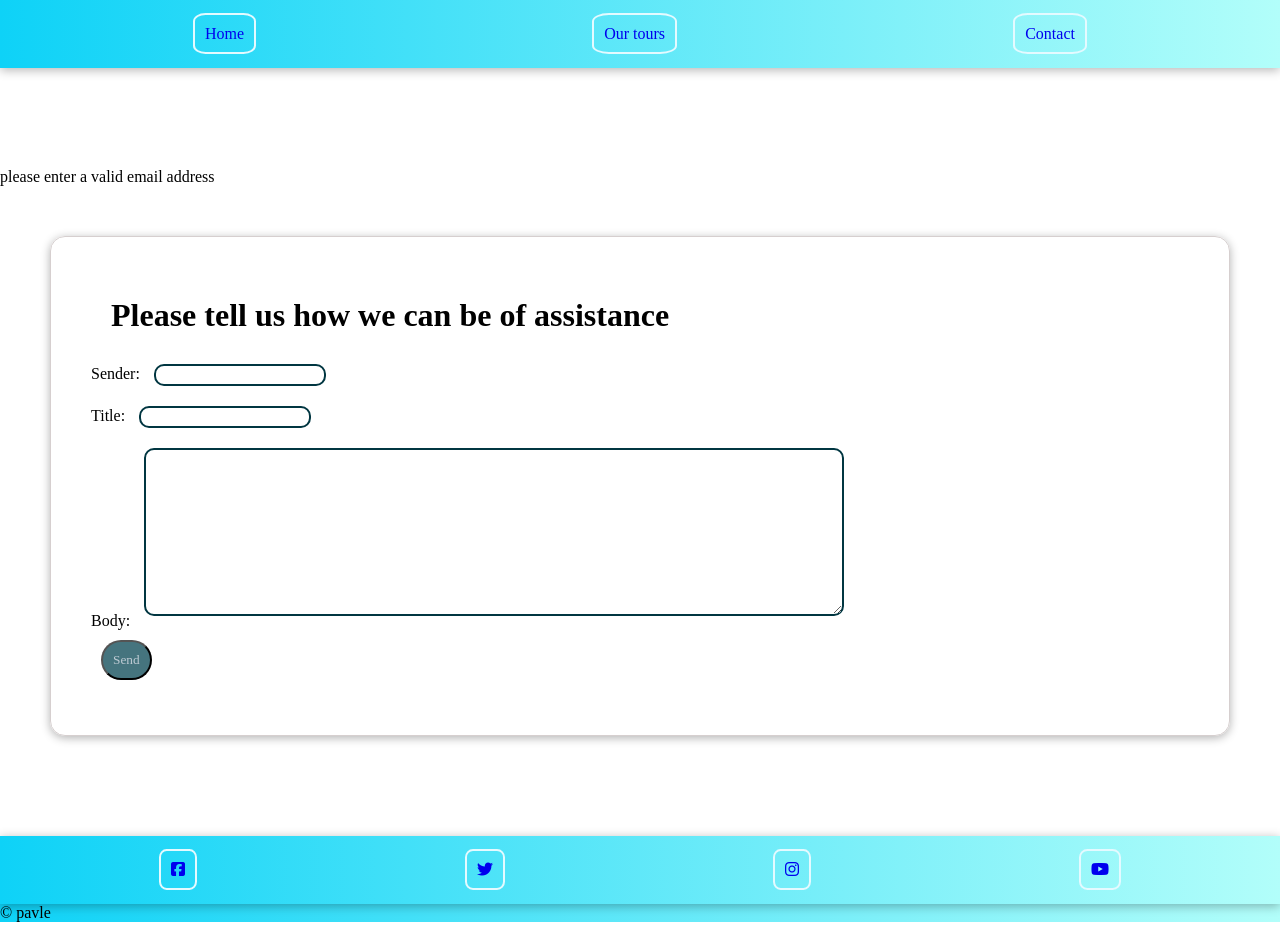
Repository: djpavle/tour_agency
Page: http://localhost/thanks/
An editor plug-in stored every save of this project. The page is shown before and after the next save, followed by the edit.
The browser window is 1280 px wide. The pictures show the whole page.
Some web fonts or font styles are not loaded; a fallback is used. Some web libraries are served in a nearby version. The page is served by the project's application, run on Django 3.2 (manage.py). Other server files are loaded and not shown.

Above is the page before, as saved 2020-07-16 20:47:20.

### aplikacija/templates/aplikacija/contactmessage_form.html
{% extends 'aplikacija/base.html' %}

{% block content %}

{{infoMsg}}


<form method="POST" action="{% url 'thanks' %}" class="tourDetailTab clientForm">
    <h1>Please tell us how we can be of assistance</h1>
{% csrf_token %}
    {{ form.as_p }}

    <button type="submit" class="btn">Send</button>
</form>
{% endblock %}

### aplikacija/templates/aplikacija/base.html
<!DOCTYPE html>
{% load static %}
<html lang="en">
<head>
    <meta charset="UTF-8">
    <meta name="viewport" content="width=device-width, initial-scale=1.0">
    <title>Tour Agency</title>
    <link href="https://fonts.googleapis.com/css2?family=Fredoka+One&display=swap" rel="stylesheet">
    <link rel="stylesheet" href="{% static 'css/style.css' %}">
    <script src="https://kit.fontawesome.com/6f44727d31.js" crossorigin="anonymous"></script>

</head>
<body>
    <nav id="nav" class="skyBlue">
        <ul class='navList'>
            <li><a href="{% url 'home' %}">Home</a></li>
            <li><a href="{% url 'tour_list' %}">Our tours</a></li>
            <li><a href="{% url 'contact' %}">Contact</a></li>
        </ul>
    </nav>
    <main>
    {% block content %}


    {% endblock %}

</main>
    <footer id="footer" class="skyBlue">
        <ul class="navList">
            <li><a href="#"><i class="fab fa-facebook-square"></i></a></li>
            <li><a href="#"><i class="fab fa-twitter"></i></a></li>
            <li><a href="#"><i class="fab fa-instagram"></i></a></li>
            <li><a href="#"><i class="fab fa-youtube"></i></a></li>
        </ul>
        <p>&copy; pavle</p>
    </footer>
</body>
</html>

### aplikacija/forms.py
from aplikacija.models import Client,ContactMessage
from django import forms

class ClientForm(forms.ModelForm):

    class Meta:

        model = Client
        fields = ('name','surname','email','number_of_guests','tour')
        widgets = { 'name' : forms.TextInput(attrs={"class":"clientFormField"}),
                    'surname' : forms.TextInput(attrs={"class":"clientFormField"}),
                    'email' : forms.TextInput(attrs={"class":"clientFormField"}),
                    'number_of_guests' : forms.NumberInput(attrs={"class":"clientFormField"}),


        }

class ContactForm(forms.ModelForm):


    class Meta:

        model = ContactMessage
        fields= ('sender','title','body')

        widgets = {
            'sender': forms.TextInput(attrs={'class': 'clientFormField'}),
            'title': forms.TextInput(attrs={'class': 'clientFormField'}),
             'body': forms.Textarea(attrs={'class': 'clientTextField'}),
        }

### aplikacija/models.py
from django.db import models
from django.urls import reverse
import random

class  Tour(models.Model):

    destination = models.CharField(max_length=256)
    country = models.CharField(max_length=256)
    date_of_arrival = models.DateField()
    total_days = models.IntegerField()
    price = models.DecimalField(decimal_places=2,max_digits=15)
    available_beds = models.IntegerField()
    photo = models.ImageField(upload_to='photos',default='photos/def.png')
    description = models.TextField(blank=True)
    confirmed_reservations = models.IntegerField(default=0)

    def set_new_number_of_beds(self,number_of_guests):

        self.available_beds -= number_of_guests
        return self.available_beds

    def update_confirmed_reservations(self,number_of_guests):

        self.confirmed_reservations+= number_of_guests

    def check_if_requested_beds_are_avaliable(self,numb_of_guests):

        if self.available_beds < numb_of_guests:
            return False
        else:
            return True


    def __str__(self):

        return f'{self.destination} , {self.country} , {self.total_days} days for $ {self.price}'

class Client(models.Model):

    name = models.CharField(max_length=256)
    surname = models.CharField(max_length=256)
    email = models.CharField(max_length=256)
    number_of_guests =models.IntegerField()
    tour = models.ForeignKey(Tour,on_delete=models.CASCADE)
    total_price = models.DecimalField(decimal_places=2,max_digits=15,default=0)
    reservation_code = models.CharField(max_length=50)


    def get_total_price(self):

        return self.number_of_guests * self.tour.price

    def generate_reservation_code(self):

        chars =['1','2','3','4','5','6','7','8','9','0','A','a','B','b','C','c','D','d','E','e','F','f','G','g','H','h','I','i','J','j','K','k','L','l','M','m']
        self.reservation_code ="".join(random.sample(chars,10))

    def get_absolute_url(self):

        return reverse('tour_list')

    def __str__(self):

        return f'{self.name} {self.surname}, {self.tour}'


class ContactMessage(models.Model):

    sender=models.EmailField()
    title=models.CharField(max_length=256)
    body =models.TextField()

### aplikacija/views.py
from django.shortcuts import render
from aplikacija.models import Tour,Client,ContactMessage
from django.views.generic import ListView,DetailView,TemplateView,CreateView
from aplikacija.forms import ClientForm,ContactForm


def HomeView(request):

    top_three_destinations = Tour.objects.filter(confirmed_reservations__gte=2).order_by('-confirmed_reservations')[:3]
    if request.method=="GET":
        return render(request,'aplikacija/home.html',{'top_three':top_three_destinations})
    else:
        form= ClientForm(request.POST)
        if form.is_valid():
            name = form.cleaned_data['name']
            surname=form.cleaned_data['surname']
            email=form.cleaned_data['email']
            tour_id=form.cleaned_data['tour'].pk
            number_of_guests=form.cleaned_data['number_of_guests']
            total_price=number_of_guests*form.cleaned_data['tour'].price
            tour_name=form.cleaned_data['tour'].destination
            tour=Tour.objects.get(destination=tour_name)
            beds_available = tour.check_if_requested_beds_are_avaliable(number_of_guests)
            if beds_available:
                tour.set_new_number_of_beds(number_of_guests)
                tour.update_confirmed_reservations(number_of_guests)
                tour.save()
                client = Client.objects.create(name=name,surname=surname,email=email,number_of_guests=number_of_guests,tour_id=tour_id,total_price=total_price)
                client.generate_reservation_code()
                client.save()
                message =f'thank you {name} ! Your reservation to {tour} for {number_of_guests} guests , with a total price of {total_price} has been booked successfully.'
                return render(request,'aplikacija/home.html',{'msg':message,'top_three':top_three_destinations})
            else:
                form = ClientForm()
                return render(request,'aplikacija/client_form.html',{'infoMsg':f"sorry, there are less than {number_of_guests} beds available for {tour_name}",'form':form})



def thanksView(request):

    form=ContactForm(request.POST)
    if form.is_valid():
        sender=form.cleaned_data['sender']
        title=form.cleaned_data['title']
        body=form.cleaned_data['body']
        message=ContactMessage.objects.create(sender=sender,title=title,body=body)
        message.save()
        return render(request,'aplikacija/thanks.html')
    else:
        form = ContactForm()
        return render(request,'aplikacija/contactmessage_form.html',{'form':form,'infoMsg':"please enter a valid email address"})

class TourListView(ListView):

    model = Tour

    def get_queryset(self):

        return Tour.objects.all()


class TourDetailView(DetailView):

    model = Tour

class CreateClientView(CreateView):

    redirect_field_name = "/aplikacija/home.html"
    model = Client
    form_class = ClientForm


class contactView(CreateView):

    redirect_field_name="/aplikacija/thanks.html"
    model = ContactMessage
    form_class=ContactForm

### turizam_project/urls.py

from django.contrib import admin
from django.urls import path,include
from django.conf.urls.static import static
from django.conf import settings

urlpatterns = [
    path('admin/', admin.site.urls),
    path('', include('aplikacija.urls'))
] + static(settings.MEDIA_URL,document_root=settings.MEDIA_ROOT)

### aplikacija/urls.py
from django.urls import path
from aplikacija import views
from django.conf.urls import url

urlpatterns = [
    path("", views.HomeView,name='home'),
    url(r'^tour/(?P<pk>\d+)$',views.TourDetailView.as_view(),name='tour_detail'),
    path("tourlist/",views.TourListView.as_view(),name='tour_list'),
    path("booktour/",views.CreateClientView.as_view(),name="book_tour"),
    path("contact/",views.contactView.as_view(),name="contact"),
    path("thanks/",views.thanksView,name='thanks')

]

### aplikacija/static/css/style.css
*{
    box-sizing: border-box;
    font-family: 'Fredoka One', cursive;
    margin: auto;
}

.skyBlue{
    background: #B2FEFA;
    background: -webkit-linear-gradient(to right, #0ED2F7, #B2FEFA);
    background: linear-gradient(to right, #0ED2F7, #B2FEFA);
}
.navList{

    display: flex;
    padding: 25px;
    justify-content: space-between;
    list-style: none;
    box-shadow: 0 2px 10px rgba(0,0,0,0.3);
    position: sticky;
}
.navList a{

    padding: 10px;
    margin: 70px;
    text-decoration: none;
    border: 2px solid #e4faff;
    border-radius: 20%;
}
.navList a:hover{
    background-color: #e4faff;
    color: #013641;
}
.navList a:visited{
    color: initial;
}
.tourTab{
    border: 1px solid #d6cfcf;
    border-radius: 15px;
    box-shadow: 0 2px 10px rgba(0,0,0,0.3);
    padding: 20px;
    margin: 50px;
    width: 400px;
    transition: all .2s;
}
.tourTab img{
    border-radius: 15px;
    margin-bottom: 10px;
}
.tourTab a{
    text-decoration: none;
}
.tourTab a:visited{
    color: initial;
}
.tourTab:hover{
    transform: scale(1.2);
}
.tourTabSold{
    border: 1px solid #d6cfcf;
    border-radius: 15px;
    box-shadow: 0 2px 10px rgba(0,0,0,0.3);
    padding: 20px;
    margin: 50px;
    width: 400px;
    background-color: #dbdbdb;
}
.btn{
    padding: 10px;
    border-radius: 20px;
    margin: 10px;
    background-color: #45747e;
    color: rgb(191, 203, 212);
    text-decoration: none;
    cursor: pointer;
}
.btn:hover{
    color: #fff;
    background-color: #013641;
}
#footer{
    margin-top: 100px;
}
#footer a:visited{
    color: initial;
}
#nav{
    margin-bottom: 100px;
}
.tourDetailTab{
    border: 1px solid #d6cfcf;
    border-radius: 15px;
    box-shadow: 0 2px 10px rgba(0,0,0,0.3);
    padding: 40px;
    margin: 50px;
    height: 500px;

}
.tourDetailTab h1,h2,h3{
    margin: 20px;
}
#description{
    padding-top: 20px;
}
.hero {
    background-image: linear-gradient(to right bottom,rgba(111, 210, 213, 0.8),rgba(91, 238, 186, 0.8)), url(/static/photos/prva.png);
    background-size: cover;
    -webkit-clip-path: circle(70% at 70% 20%);
    clip-path: circle(70% at 70% 20%);
    height: 100vh;
    position: relative;
    bottom: 100px;
    text-align: center;
    letter-spacing: 34px;
    padding-top: 30vh;
    font-size: 15vh;


}

#mainHome{
    display: flex;
    justify-content: space-between;

}

.clientFormField{
    margin: 10px;
    border-radius: 10px;
    border: 2px solid #013641;
}
.clientTextField{
    margin: 10px;
    border-radius: 10px;
    border: 2px solid #013641;
    width: 700px;

}
#infoMsg{
    font-family: Arial, Helvetica, sans-serif;
    font-size: small;
    letter-spacing: 2px;
    /* border: 2px solid rgb(2, 71, 2);
    border-radius: 10px;
    padding: 10px;
    background-color: rgb(194, 228, 144);
    color: rgb(90, 139, 15);
*/
}
.contactFormTab{
    border: 1px solid #d6cfcf;
    border-radius: 15px;
    box-shadow: 0 2px 10px rgba(0,0,0,0.3);
    padding: 40px;
    margin: 50px;
    height: 620px;

}
.redText{
    color: rgb(224, 30, 30);
}
#topThree{

    display: flex;
    justify-content: space-between;
    border-radius: 15px;
    box-shadow: 0 2px 10px rgba(0,0,0,0.3);
    background-color: #b1ecf8;

}

#mostPopularTitle{
    text-align: center;
    font-size: 2em;
}
.mostPopularBorder{
    border: 25px solid #0ED2F7;
    -moz-border-image: auto;
    border-image-slice: 1;
    border-image-source: conic-gradient(
        hsl(100 100% 60%),
        hsl(200 100% 60%),
        hsl(100 100% 60%)
    );
}

After the next save:
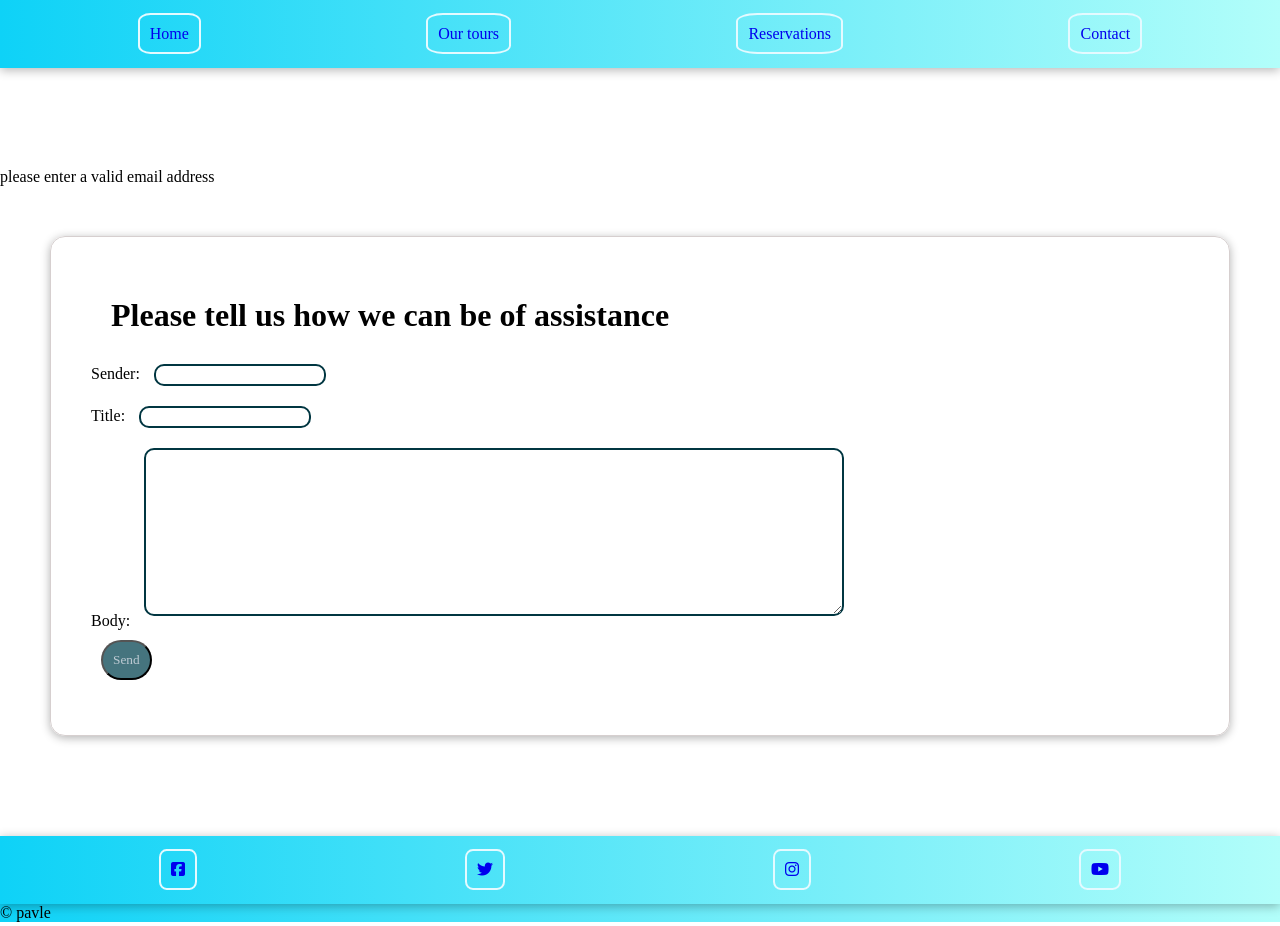
Saved 3 min 33 s later.
--- a/aplikacija/templates/aplikacija/base.html
+++ b/aplikacija/templates/aplikacija/base.html
@@ -15,6 +15,7 @@
         <ul class='navList'>
             <li><a href="{% url 'home' %}">Home</a></li>
             <li><a href="{% url 'tour_list' %}">Our tours</a></li>
+            <li><a href="#">Reservations</a></li>
             <li><a href="{% url 'contact' %}">Contact</a></li>
         </ul>
     </nav>
